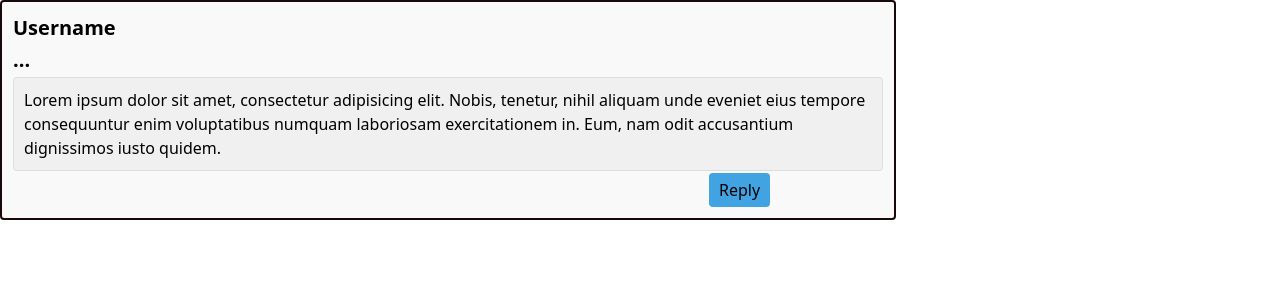
Repository: Yahya9102/Java22-ux22-Sideproject-main
Page: /
The author's editor kept a copy of each file at every save. The page is drawn from the files as they stood at one save, then again after the next save.
The browser window is 1280 px wide. The pictures show the whole page.
The project was rebuilt for these pictures with package versions that can differ from the ones it lists, and the page was loaded fresh each time. The framework's server and built-in components were replaced by stand-ins that run in the browser. Also part of the build but not shown: next.config.js.

Above is the page before, as saved 2023-04-13 10:25:30.

After the next save:
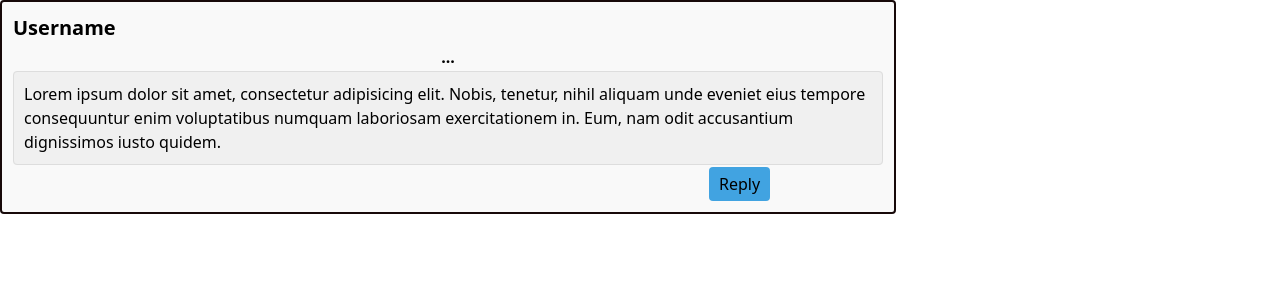
Saved 21 s later.
--- a/p-components/body.tsx
+++ b/p-components/body.tsx
@@ -12,7 +12,7 @@ const Body: NextPage<Props> = ({}) => {
             <th className={styles.tableHeader_body}>Username</th>
           </tr>
           <tr>
-            <th className={styles.tableHeader_body}>...</th>
+            <th className={styles.tableHeader_options}>...</th>
           </tr>
         </thead>
 

After the save that followed:
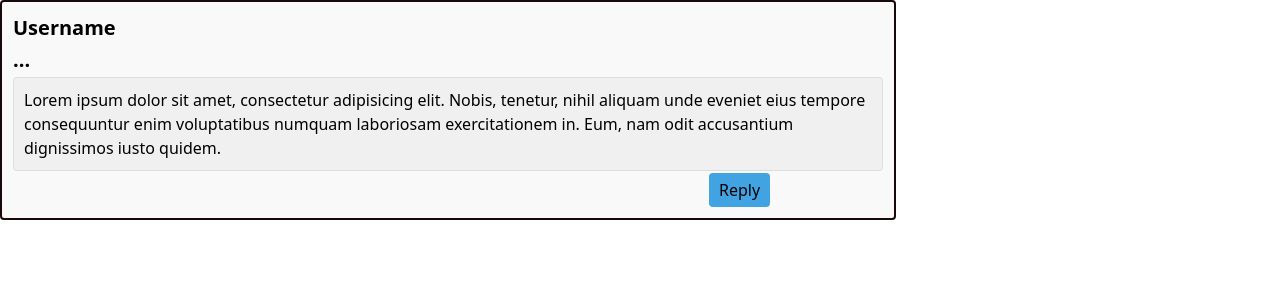
Saved 23 s later.
--- a/p-components/styles/body.module.css
+++ b/p-components/styles/body.module.css
@@ -25,3 +25,8 @@
   font-size: 20px;
   text-align: left;
 }
+
+.tableHeader_options {
+  font-size: 20px;
+  text-align: left;
+}
